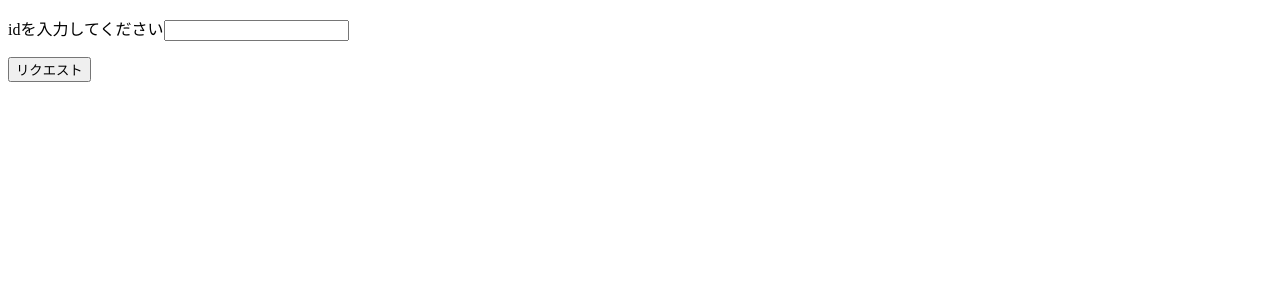
Repository: khlee12/JSP-tutorial
Page: http://localhost/WebApp-01/BeansSample/userRequest.jsp
These files come from the project's save history. The page is drawn as it stood at one moment and after the next save; the edit follows.
The browser window is 1280 px wide. The pictures show the whole page.
The page is served by Tomcat 9. Other server files are loaded and not shown.

Above is the page before, as saved 2017-05-05 04:41:51.

### WebApp-01/WebContent/BeansSample/userRequest.jsp
<%@ page language="java" contentType="text/html; charset=UTF-8"
    pageEncoding="UTF-8"%>
<!DOCTYPE html PUBLIC "-//W3C//DTD HTML 4.01 Transitional//EN" "http://www.w3.org/TR/html4/loose.dtd">
<html>
<head>
<meta http-equiv="Content-Type" content="text/html; charset=UTF-8">
<title>Insert title here</title>
</head>
<body>
	<form action="../BeansControllerServlet" method="post">
		<p>idを入力してください<input type="text" name="id"></p>
		<input type="submit" value="リクエスト">
	</form>

</body>
</html>

After the next save:
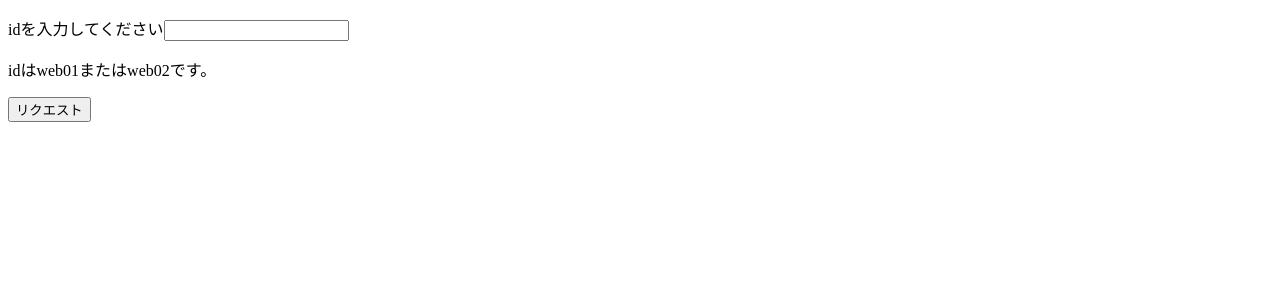
Saved 18 s later.
--- a/WebApp-01/WebContent/BeansSample/userRequest.jsp
+++ b/WebApp-01/WebContent/BeansSample/userRequest.jsp
@@ -9,6 +9,7 @@
 <body>
 	<form action="../BeansControllerServlet" method="post">
 		<p>idを入力してください<input type="text" name="id"></p>
+		<p>idはweb01またはweb02です。</p>
 		<input type="submit" value="リクエスト">
 	</form>
 
